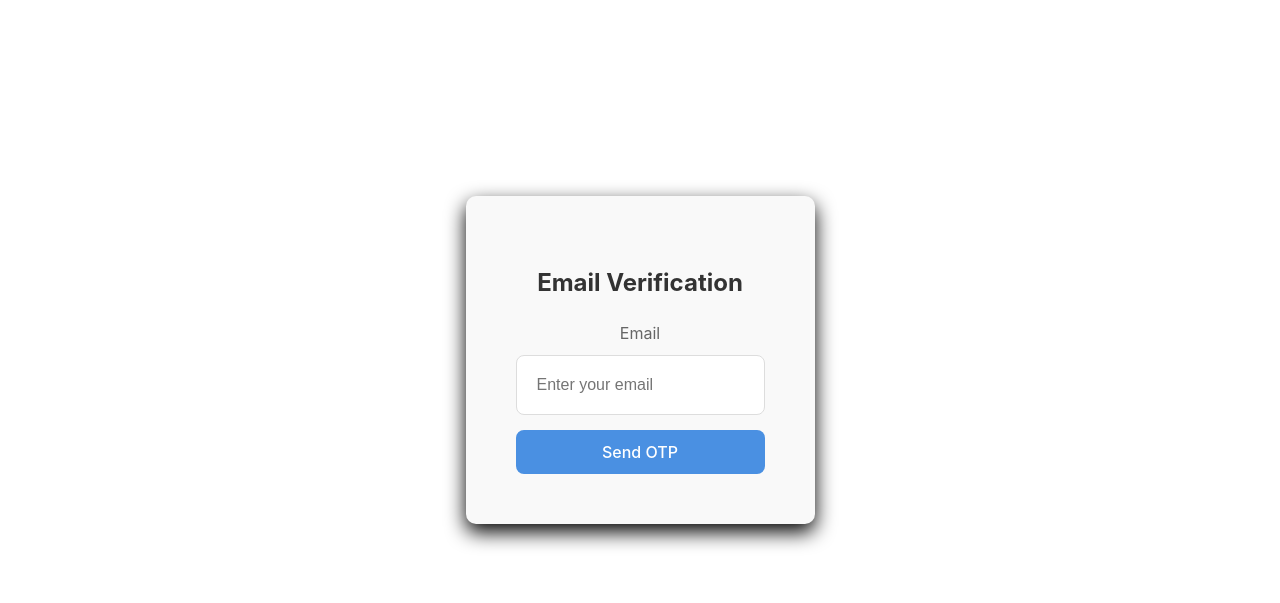
Repository: sarathraj2002/MockTest
Page: / (app in Frontend/)
The author's editor kept a copy of each file at every save. The page is drawn from the files as they stood at one save, then again after the next save.
The browser window is 1280 px wide. The pictures show the whole page.
The project was rebuilt for these pictures with package versions that can differ from the ones it lists, and the page was loaded fresh each time. Also part of the build but not shown: Frontend/vite.config.js, Frontend/src/components/Home.jsx, Frontend/src/components/Mail.jsx.

Above is the page before, as saved 2024-11-13 17:07:12.

After the next save:
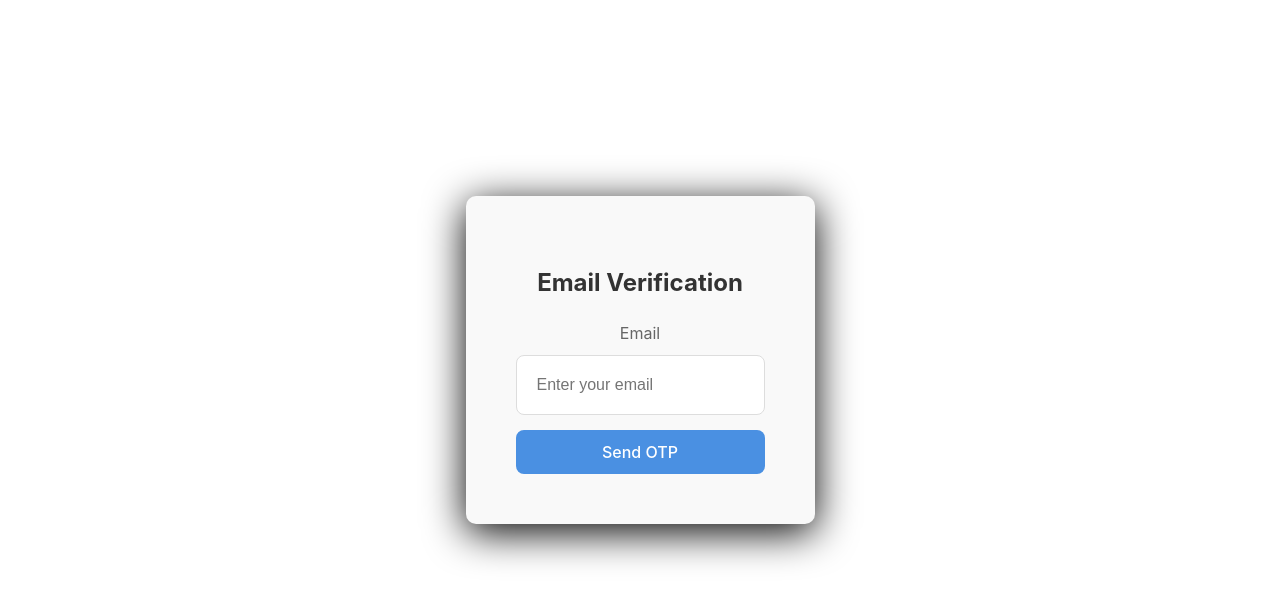
Saved 5 s later.
--- a/Frontend/src/components/Otp.jsx
+++ b/Frontend/src/components/Otp.jsx
@@ -57,7 +57,7 @@
     padding: '50px',
     textAlign: 'center',
     backgroundColor: '#f9f9f9',
-    boxShadow: '0 8px 20px rgba(2, 2, 2, 1)',
+    boxShadow: '0 8px 40px rgba(2, 2, 2, 1)',
     borderRadius: '10px',
   }}
 >

After the 3 saves that followed:
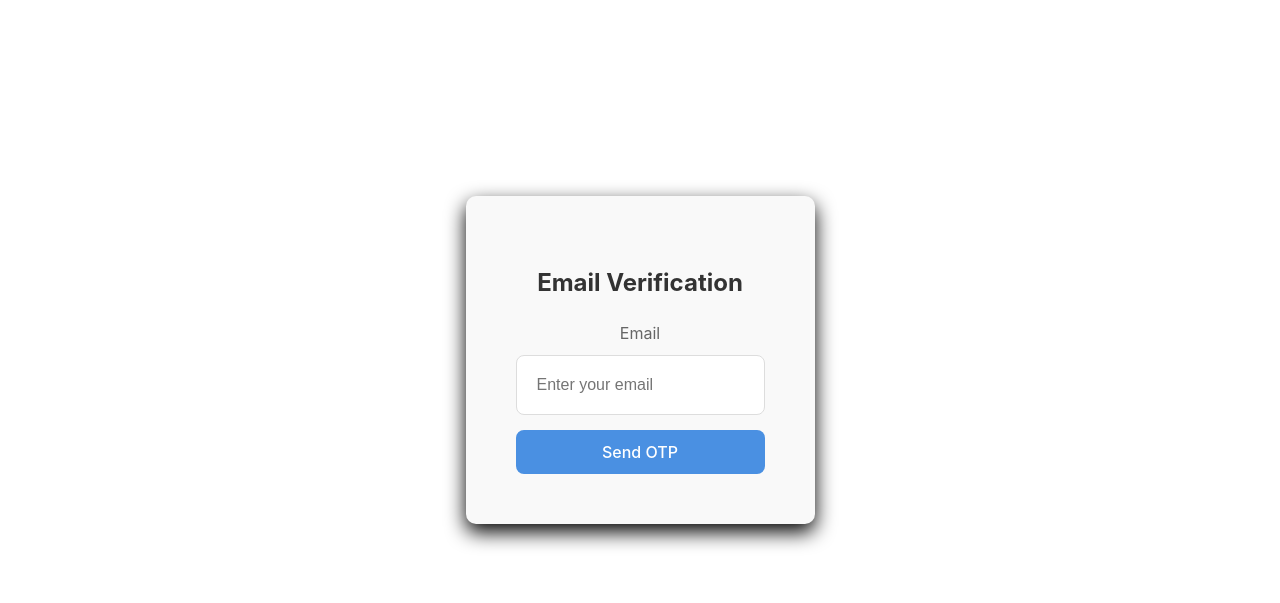
The 3 saves are shown as one change because they came seconds apart.
The last was saved 10 s later.
--- a/Frontend/src/components/Otp.jsx
+++ b/Frontend/src/components/Otp.jsx
@@ -57,7 +57,7 @@
     padding: '50px',
     textAlign: 'center',
     backgroundColor: '#f9f9f9',
-    boxShadow: '0 8px 40px rgba(2, 2, 2, 1)',
+    boxShadow: '0 8px 20px rgba(2, 2, 2, 1)',
     borderRadius: '10px',
   }}
 >
